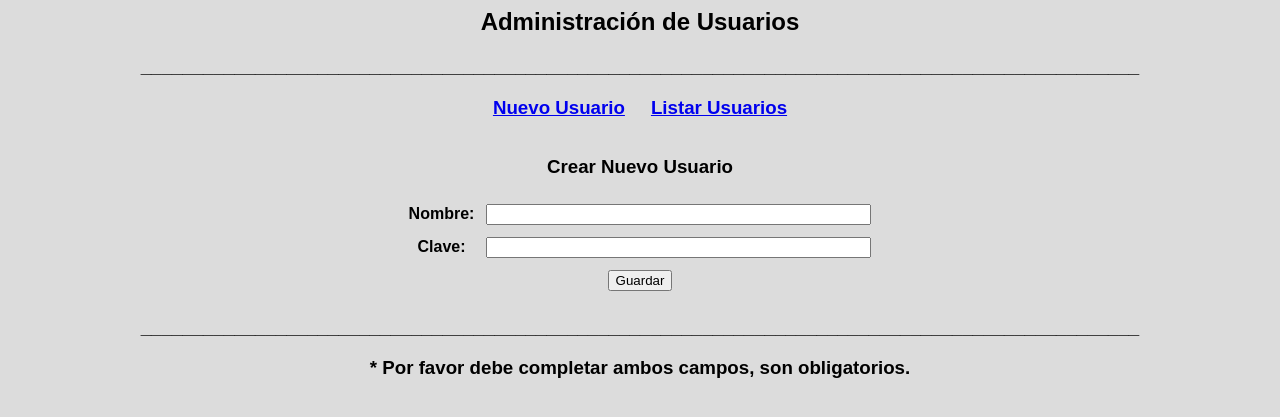
Repository: miguelalvarezcl/examen
Page: http://localhost/CtaCorriente/new
These files come from the project's save history. The page is drawn as it stood at one moment and after the next save; the edit follows.
The browser window is 1280 px wide. The pictures show the whole page.
The page is served by Tomcat 9.

Above is the page before, as saved 2021-11-13 21:24:57.

After the next save:
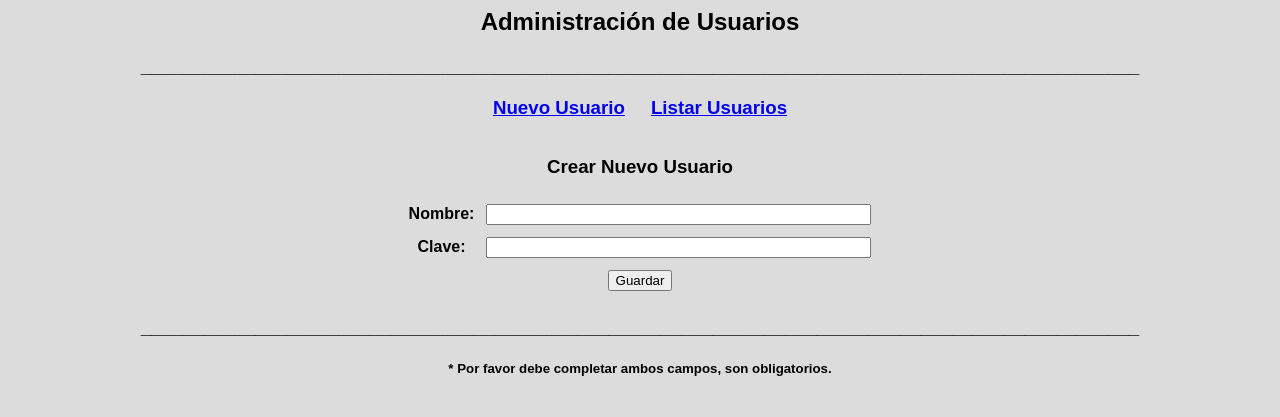
Saved 20 s later.
--- a/CtaCorriente/WebContent/FormularioUsuario.jsp
+++ b/CtaCorriente/WebContent/FormularioUsuario.jsp
@@ -65,7 +65,7 @@
     </div>
     <center>
 	<h3>________________________________________________________________________________________________</h3>
-    <h3>* Por favor debe completar ambos campos, son obligatorios.</h3>
+    <h5>* Por favor debe completar ambos campos, son obligatorios.</h5>
     </center>
 </body>
 </html>
